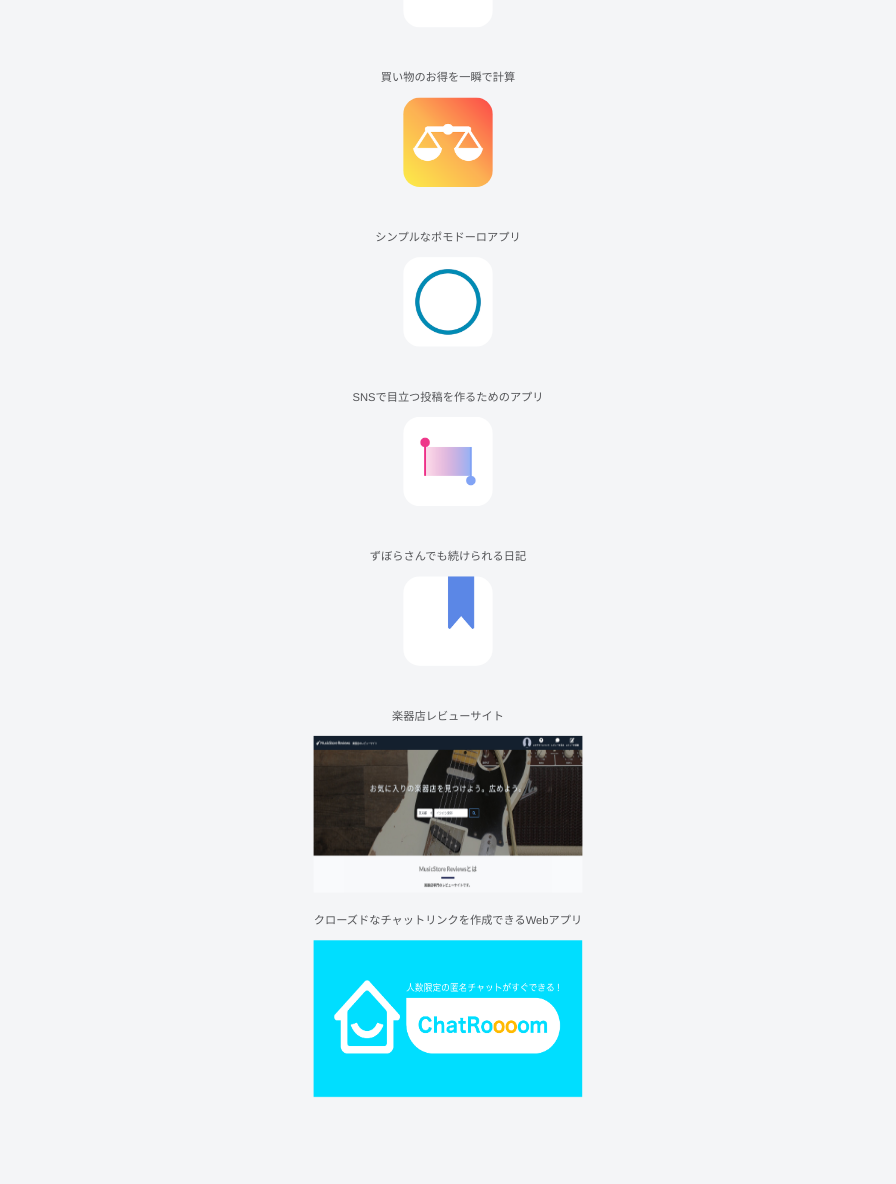
Repository: nosuke0926/my-portfolio
Page: /works
These files come from the project's save history. The page is drawn as it stood at one moment and after the next save; the edit follows.
The browser window is 1280 px wide. The pictures show the part of the page from y = 3485 to 5405 px (the page is 5177 px tall before and 5405 px after), at 70% of full size.
The project was rebuilt for these pictures with package versions that can differ from the ones it lists, and the page was loaded fresh each time. The framework's server and built-in components were replaced by stand-ins that run in the browser. Also part of the build but not shown: next.config.js.

Above is the page before, as saved 2022-10-16 14:51:49.

### pages/_app.tsx
import React from 'react'
import { AppProps } from 'next/app'
import NavTabs from '../components/Tab'
import styles from '../components/layout.module.css'
import utilStyles from '../styles/utils.module.css'
import '../styles/styles.scss'

const App = ({ Component, pageProps }: AppProps) => (
  <div className={utilStyles.backgroundColor}>
    <header className={styles.header}>
      <NavTabs />
    </header>
    <Component {...pageProps} />
  </div>
)

export default App

### pages/works.tsx
import Layout from '../components/Layout'
import utilStyles from '../styles/utils.module.css'
import styles from '../components/layout.module.css'
import TransitionsModal from '../components/modal'

const WorksView = (props: any) => (
  <Layout>
    <div className={styles.header}>
      <p>世の中を少しだけ面白く、便利にするサービスを開発しています。</p>
      <section className={utilStyles.headingMd}>
        <p>
          <TransitionsModal
            src="/images/products/subsc.png"
            alt="アプリ（さぶすく）"
            description="サブスクリプションを賢く管理するアプリ"
            appTitle="さぶすく"
            useTechnology={['Flutter', 'Firebase']}
            appDescription="サービスの無料期間終了前にプッシュ通知でお知らせします。毎月・毎年のサブスクリプションサービスにいくらお金を使っているのかもグラフで可視化します。"
            iosUrl="https://apps.apple.com/jp/app/id1506451600?mt=8"
            productHuntUrl="https://www.producthunt.com/posts/subsc?utm_source=badge-featured&utm_medium=badge&utm_souce=badge-subsc"
            productHuntPostId="349809"
            androidUrl="https://play.google.com/store/apps/details?id=com.nosuke.subscriptionManagement&pcampaignid=pcampaignidMKT-Other-global-all-co-prtnr-py-PartBadge-Mar2515-1"
            type="native"
          />
        </p>
        <p>
          <TransitionsModal
            src="/images/products/rapid.png"
            alt="アプリ（爆速Todoメモ）"
            description="起動して2秒でメモできるアプリ"
            appTitle="爆速Todoメモ"
            useTechnology={['Flutter']}
            appDescription="アプリを起動すると同時にキーボードが開きます。また記入と閲覧が同時にできるよう一画面を分割した新しいメモアプリです。"
            iosUrl="https://apps.apple.com/jp/app/id1511398926?mt=8"
            androidUrl="https://play.google.com/store/apps/details?id=com.nosuke.rapid&pcampaignid=pcampaignidMKT-Other-global-all-co-prtnr-py-PartBadge-Mar2515-1"
            type="native"
          />
        </p>
        <p>
          <TransitionsModal
            src="/images/products/yomoo.png"
            alt="アプリ（Yomoo）"
            description="ニューモフィズムな読書管理アプリ"
            appTitle="Yomoo"
            useTechnology={['Flutter']}
            appDescription="2020年~のUIデザインのトレンドであるNeumorphismを取り入れた読書管理アプリです。楽天ブックスAPI、openBDと連携してバーコード読み取りからの書籍登録が可能です。"
            iosUrl="https://apps.apple.com/jp/app/id1516860157?mt=8"
            androidUrl="https://play.google.com/store/apps/details?id=com.nosuke.yomoo&pcampaignid=pcampaignidMKT-Other-global-all-co-prtnr-py-PartBadge-Mar2515-1"
            type="native"
          />
        </p>
        <p>
          <TransitionsModal
            src="/images/products/oshiPay.png"
            alt="アプリ（推しPay）"
            description="推しへの愛を管理&シェアするアプリ"
            appTitle="推しPay"
            useTechnology={['Flutter', 'Firebase']}
            appDescription="「推し」にいくらお金を使っているのかを記録&SNSにシェアできるアプリです。"
            iosUrl="https://apps.apple.com/jp/app/id1523768983?mt=8"
            androidUrl="https://play.google.com/store/apps/details?id=com.nosuke.oshi_pay&pcampaignid=pcampaignidMKT-Other-global-all-co-prtnr-py-PartBadge-Mar2515-1"
            type="native"
          />
        </p>
        <p>
          <TransitionsModal
            src="/images/products/tubenote.png"
            alt="アプリ（TubeNote）"
            description="YouTubeを見ながらメモできるアプリ"
            appTitle="TubeNote"
            useTechnology={['Flutter', 'Firebase', 'Algolia']}
            appDescription="YouTubeを見ながらリアルタイムにメモできるアプリです。"
            iosUrl="https://apps.apple.com/jp/app/id1535634801?mt=8"
            productHuntUrl="https://www.producthunt.com/posts/tubenote?utm_source=badge-featured&utm_medium=badge&utm_souce=badge-tubenote"
            productHuntPostId="279810"
            androidUrl="https://play.google.com/store/apps/details?id=com.nosuke.movieMemo&pcampaignid=pcampaignidMKT-Other-global-all-co-prtnr-py-PartBadge-Mar2515-1"
            type="native"
          />
        </p>
        <p>
          <TransitionsModal
            src="/images/products/migru.png"
            alt="アプリ（ミグル）"
            description="簡単に頭痛を記録するアプリ"
            appTitle="ミグル"
            useTechnology={['Flutter', 'Firebase']}
            appDescription="頭痛の記録・振り返りに特化したシンプルなアプリです。"
            iosUrl="https://apps.apple.com/jp/app/id1564686045?mt=8"
            androidUrl="https://play.google.com/store/apps/details?id=com.nosuke.migraine&pcampaignid=pcampaignidMKT-Other-global-all-co-prtnr-py-PartBadge-Mar2515-1"
            type="native"
          />
        </p>
        <p>
          <TransitionsModal
            src="/images/products/marry_talk.png"
            alt="アプリ（マリートーク）"
            description="夫婦の悩みを匿名チャット"
            appTitle="マリートーク"
            useTechnology={['Flutter', 'Firebase']}
            appDescription="完全匿名&女性限定で夫婦の愚痴や悩みをチャットできるアプリです。"
            iosUrl="https://apps.apple.com/jp/app/id1578903905?mt=8"
            androidUrl="https://play.google.com/store/apps/details?id=com.nosuke.marry_talk&pcampaignid=pcampaignidMKT-Other-global-all-co-prtnr-py-PartBadge-Mar2515-1"
            type="native"
          />
        </p>
        <p>
          <TransitionsModal
            src="/images/products/accounts.png"
            alt="アプリ（アカウントフォルダ）"
            description="サービスのアカウントを一括管理するアプリ"
            appTitle="アカウントフォルダ"
            useTechnology={['Flutter']}
            appDescription="サービスのアカウント・パスワードを一括管理するアプリです。データは暗号化・端末に保存されるためセキュリティも安心です。"
            iosUrl="https://apps.apple.com/jp/app/id1606877526?mt=8"
            androidUrl="https://play.google.com/store/apps/details?id=com.nosuke.account_holder&pcampaignid=pcampaignidMKT-Other-global-all-co-prtnr-py-PartBadge-Mar2515-1"
            type="native"
          />
        </p>
        <p>
          <TransitionsModal
            src="/images/products/password_generator.png"
            alt="アプリ（パスワード生成）"
            description="パスワード生成アプリ"
            appTitle="パスワード生成"
            useTechnology={['Flutter']}
            appDescription="パスワードを生成することに特化したシンプルなアプリです。"
            iosUrl="https://apps.apple.com/jp/app/id1635128935?mt=8"
            androidUrl="https://play.google.com/store/apps/details?id=com.nosuke.password_generator&pcampaignid=pcampaignidMKT-Other-global-all-co-prtnr-py-PartBadge-Mar2515-1"
            type="native"
          />
        </p>
        <p>
          <TransitionsModal
            src="/images/products/diary.png"
            alt="アプリ（超シンプル日記）"
            description="シンプルな日記アプリ"
            appTitle="超シンプル日記"
            useTechnology={['Flutter']}
            appDescription="日記に必要な「書く」と「読む」ことに特化したシンプルなアプリです。"
            iosUrl="https://apps.apple.com/jp/app/id1635770040?mt=8"
            androidUrl="https://play.google.com/store/apps/details?id=com.nosuke.diary&pcampaignid=pcampaignidMKT-Other-global-all-co-prtnr-py-PartBadge-Mar2515-1"
            type="native"
          />
        </p>
        <p>
          <TransitionsModal
            src="/images/products/pdf_converter.png"
            alt="アプリ（PDF変換 - 写真や画像をPDFにすぐに変換）"
            description="画像をPDFに変換するアプリ"
            appTitle="PDF変換 - 写真や画像をPDFにすぐに変換"
            useTechnology={['Flutter']}
            appDescription="画像や写真をPDFに変換することができる、シンプルなアプリです。複数の画像をまとめて選択・PDFに変換できます。"
            iosUrl="https://apps.apple.com/jp/app/id1637249390?mt=8"
            androidUrl="https://play.google.com/store/apps/details?id=com.nosuke.pdf_converter&pcampaignid=pcampaignidMKT-Other-global-all-co-prtnr-py-PartBadge-Mar2515-1"
            type="native"
          />
        </p>
        <p>
          <TransitionsModal
            src="/images/products/extract_audio.png"
            alt="アプリ（音声抽出 - 動画をMP3に変換）"
            description="動画から音声抽出するアプリ"
            appTitle="音声抽出 - 動画をMP3に変換"
            useTechnology={['Flutter']}
            appDescription="動画から音声を抽出するだけのシンプルなアプリです。ワンタップでMP3に変換・ダウンロードできます。"
            iosUrl="https://apps.apple.com/jp/app/id1637563140?mt=8"
            androidUrl="https://play.google.com/store/apps/details?id=com.nosuke.extract_audio&pcampaignid=pcampaignidMKT-Other-global-all-co-prtnr-py-PartBadge-Mar2515-1"
            type="native"
          />
        </p>
        <p>
          <TransitionsModal
            src="/images/products/chekiy.png"
            alt="アプリ（Chekiy）"
            description="画像をチェキ風に加工するアプリ"
            appTitle="Chekiy"
            useTechnology={['Flutter']}
            appDescription="写真をチェキ風に加工できる、一番シンプルなアプリです。思い出の一枚を特別なものに。"
            iosUrl="https://apps.apple.com/jp/app/id1638090871?mt=8"
            androidUrl="https://play.google.com/store/apps/details?id=com.nosuke.polaroid&pcampaignid=pcampaignidMKT-Other-global-all-co-prtnr-py-PartBadge-Mar2515-1"
            type="native"
          />
        </p>
        <p>
          <TransitionsModal
            src="/images/products/timestamp.png"
            alt="アプリ（Timestamp Camera）"
            description="時間入り写真を撮影できるアプリ"
            appTitle="Timestamp Camera"
            useTechnology={['Flutter']}
            appDescription="簡単に写真に日付を入れることができるアプリです。カメラで撮影、もしくは写真フォルダから選択した画像に日付を入れられます。"
            iosUrl="https://apps.apple.com/jp/app/id1639662260?mt=8"
            androidUrl="https://play.google.com/store/apps/details?id=com.nosuke.timestamp&pcampaignid=pcampaignidMKT-Other-global-all-co-prtnr-py-PartBadge-Mar2515-1"
            type="native"
          />
        </p>
        <p>
          <TransitionsModal
            src="/images/products/white.png"
            alt="アプリ（白200色検定）"
            description="200色から白を見つける激ムズゲーム"
            appTitle="白200色検定"
            useTechnology={['Flutter']}
            appDescription="200色から白を見つける激ムズゲームがついに登場！あなたは200種類の白色を区別できますか？"
            iosUrl="https://apps.apple.com/jp/app/id1641219533?mt=8"
            androidUrl="https://play.google.com/store/apps/details?id=com.nosuke.white&pcampaignid=pcampaignidMKT-Other-global-all-co-prtnr-py-PartBadge-Mar2515-1"
            type="native"
          />
        </p>
        <p>
          <TransitionsModal
            src="/images/products/tokubuy.png"
            alt="アプリ（お得比較Pro）"
            description="買い物のお得を一瞬で計算"
            appTitle="お得比較Pro"
            useTechnology={['Flutter']}
            appDescription="お買い物時の「どっちがお得なんだろう？」を解決します。金額と量を入力するだけで、どちらがお得かをすぐに計算します。"
            iosUrl="https://apps.apple.com/jp/app/id1644566128?mt=8"
            androidUrl="https://play.google.com/store/apps/details?id=com.nosuke.tokubuy&pcampaignid=pcampaignidMKT-Other-global-all-co-prtnr-py-PartBadge-Mar2515-1"
            type="native"
          />
        </p>
        <p>
          <TransitionsModal
            src="/images/products/just_focus.png"
            alt="アプリ（JustFocus）"
            description="シンプルなポモドーロアプリ"
            appTitle="JustFocus"
            useTechnology={['Flutter']}
            appDescription="シンプルなポモドーロアプリです。"
            iosUrl="https://apps.apple.com/jp/app/id1645642989?mt=8"
            androidUrl="https://play.google.com/store/apps/details?id=com.nosuke.pomodoro&pcampaignid=pcampaignidMKT-Other-global-all-co-prtnr-py-PartBadge-Mar2515-1"
            type="native"
          />
        </p>
        <p>
          <TransitionsModal
            src="/images/products/frame_maker.png"
            alt="アプリ（囲みメモ）"
            description="SNSで目立つ投稿を作るためのアプリ"
            appTitle="囲みメモ"
            useTechnology={['Flutter']}
            appDescription="SNSでよく見かける囲い文字、強調線をコピペで呼び出せるシンプルなアプリです。"
            iosUrl="https://apps.apple.com/jp/app/id6443634371?mt=8"
            androidUrl="https://play.google.com/store/apps/details?id=com.nosuke.frame_maker&pcampaignid=pcampaignidMKT-Other-global-all-co-prtnr-py-PartBadge-Mar2515-1"
            type="native"
          />
        </p>
        <p>
          <TransitionsModal
            src="/images/products/lazy_diary.png"
            alt="アプリ（ずぼら日記）"
            description="ずぼらさんでも続けられる日記"
            appTitle="ずぼら日記"
            useTechnology={['Flutter']}
            appDescription="ずぼら日記は「続ける」ことに特化した日記アプリです。どんな日記も続けられない開発者自身の悩みを元に開発されました。"
            iosUrl="https://apps.apple.com/jp/app/id6443727421?mt=8"
            androidUrl="https://play.google.com/store/apps/details?id=com.nosuke.zubora&pcampaignid=pcampaignidMKT-Other-global-all-co-prtnr-py-PartBadge-Mar2515-1"
            type="native"
          />
        </p>
        <p>
          <TransitionsModal
            src="/images/products/music-store-reviews/cover.jpeg"
            alt="Webアプリ（MusicStore Reviews）"
            description="楽器店レビューサイト"
            appTitle="MusicStore Reviews"
            useTechnology={['Laravel', 'Vue.js', 'Python']}
            appDescription="日本初の楽器店レビューサイト。楽器店のデータはWebスクレイピングで取得しました。一部Vue.jsを使用しています。"
            webUrl="https://musicstore-reviews.com/"
            type="web"
          />
        </p>
        <p>
          <TransitionsModal
            src="/images/products/chatroooom/chatroooom.png"
            alt="Webアプリ（ChatRoooom）"
            description="クローズドなチャットリンクを作成できるWebアプリ"
            appTitle="ChatRoooom"
            useTechnology={['Vue.js', 'Nuxt.js', 'Firebase']}
            appDescription="ChatRoooomは簡単に人数限定のチャットルームを作成できるサービスです。チャット内容は24時間後に削除されるので、プライバシーも安心です。"
            webUrl="https://chatroooom.net/"
            type="web"
          />
        </p>
      </section>
    </div>
  </Layout>
)

export default WorksView

### components/Tab.tsx
import Link from 'next/link'
import React from 'react'
import { makeStyles, Theme } from '@material-ui/core/styles'
import AppBar from '@material-ui/core/AppBar'
import Tabs from '@material-ui/core/Tabs'
import Tab from '@material-ui/core/Tab'
// import Typography from '@material-ui/core/Typography'
// import Box from '@material-ui/core/Box'

// interface TabPanelProps {
//   children?: React.ReactNode
//   index: any
//   value: any
// }

// function TabPanel(props: TabPanelProps) {
//   const { children, value, index, ...other } = props

//   return (
//     <div
//       role="tabpanel"
//       hidden={value !== index}
//       id={`nav-tabpanel-${index}`}
//       aria-labelledby={`nav-tab-${index}`}
//       {...other}
//     >
//       {value === index && (
//         <Box p={3}>
//           <Typography>{children}</Typography>
//         </Box>
//       )}
//     </div>
//   )
// }

function a11yProps(index: any) {
  return {
    id: `nav-tab-${index}`,
    'aria-controls': `nav-tabpanel-${index}`,
  }
}

interface LinkTabProps {
  label?: string
  href?: string
}

function LinkTab(props: LinkTabProps) {
  return (
    <Tab
      component="a"
      onClick={(event: React.MouseEvent<HTMLAnchorElement, MouseEvent>) => {
        event.preventDefault()
      }}
      {...props}
    />
  )
}

const useStyles = makeStyles((theme: Theme) => ({
  root: {
    flexGrow: 1,
    backgroundColor: theme.palette.background.paper,
  },
}))

export default function NavTabs() {
  const classes = useStyles()
  const [value, setValue] = React.useState(0)

  const handleChange = (event: React.ChangeEvent<{}>, newValue: number) => {
    setValue(newValue)
  }

  return (
    <div className={classes.root}>
      <AppBar position="static" color="default">
        <Tabs
          TabIndicatorProps={{ style: { background: 'transparent' } }}
          textColor="primary"
          variant="fullWidth"
          value={value}
          onChange={handleChange}
          aria-label="nav tabs example"
        >
          <Link href="/">
            <LinkTab label="Home" href="/" {...a11yProps(0)} />
          </Link>
          <Link href="/works">
            <LinkTab label="Works" href="/works" {...a11yProps(1)} />
          </Link>
          <Link href="/contact">
            <LinkTab label="Contact" href="/contact" {...a11yProps(2)} />
          </Link>
        </Tabs>
      </AppBar>
      {/* <TabPanel value={value} index={0}>
        Page One
      </TabPanel>
      <TabPanel value={value} index={1}>
        Page Two
      </TabPanel>
      <TabPanel value={value} index={2}>
        Page Three
      </TabPanel> */}
    </div>
  )
}

### components/layout.module.css
.container {
  max-width: 36rem;
  padding: 0 1rem;
  margin: 3rem auto 6rem;
}

.header {
  display: flex;
  flex-direction: column;
  align-items: center;
}

.headerImage {
  width: 6rem;
  height: 6rem;
}

.headerHomeImage {
  width: 8rem;
  height: 8rem;
}

.appIconImage {
  margin: 1rem;
  width: 8rem;
  height: 8rem;
  margin: auto;
  transition: transform 0.5s;
  margin-bottom: 2rem;
}
.appIconImage:hover {
  transform: scale(1.2);
}

.webApplicationImage {
  width: 24rem;
  height: 14rem;
  align-items: center;
  transition: transform 0.5s;
}
.webApplicationImage:hover {
  transform: scale(1.1);
}

.backToHome {
  margin: 3rem 0 0;
}

.socialIcon {
  color: rgb(168, 171, 176);
  margin: 0 2rem;
  font-size: 2rem;
}

.socialIcon:hover {
  color: rgb(83, 84, 87);
}

.appDescriptionText {
  color: rgb(83, 84, 87);
  font-size: 1rem;
  text-align: center;
}

.iosButton {
  display: inline-block;
  overflow: hidden;
  background: url(https://tools.applemediaservices.com/api/badges/download-on-the-app-store/black/en-us?)
    no-repeat;
  width: 120px;
  height: 40px;
}

.androidButton {
  width: 155px;
  margin-top: 0.4rem;
}

.productHuntButton {
  /* width: 250px;
  height: 54px; */
  width: 160px;
  margin: 0.1rem;
}

.appButtonAlign {
  display: flex;
  flex-direction: row;
  align-items: center;
  flex-wrap: wrap;
}

### styles/utils.module.css
.heading2Xl {
  font-size: 1.5rem;
  line-height: 1.2;
  font-weight: 800;
  letter-spacing: -0.05rem;
  margin: 1rem 0;
}

.headingXl {
  font-size: 2rem;
  line-height: 1.3;
  font-weight: 800;
  letter-spacing: -0.05rem;
  margin: 1rem 0;
}

.headingLg {
  font-size: 1.5rem;
  line-height: 1.4;
  margin: 1rem 0;
}

.headingMd {
  font-size: 1.2rem;
  line-height: 1.5;
}

.borderCircle {
  border-radius: 9999px;
}

.borderAppIcon {
  border-radius: 1.5rem;
}

.colorInherit {
  color: inherit;
}

.padding1px {
  padding-top: 1px;
}

.list {
  list-style: none;
  padding: 0;
  margin: 0;
}

.listItem {
  margin: 0 0 1.25rem;
}

.center {
  text-align: center;
}

### styles/styles.scss
@import '~normalize.css';
body {
  background-color: #f4f5f7;
  color: rgb(83, 84, 87);
  font-family: 'Helvetica Neue', Arial, 'Hiragino Kaku Gothic ProN',
    'Hiragino Sans', Meiryo, sans-serif;
}

### components/Layout.tsx
import Head from 'next/head'
import styles from './layout.module.css'
// import utilStyles from '../styles/utils.module.css'
// import Link from 'next/link'

export const siteTitle = 'のすけのポートフォリオサイト'

export default function Layout({ children }: any) {
  const trackingId: string = process.env.ga_tracking_id!
  const description: string =
    'Webエンジニアとして活動している、Nagese Ryunosukeのポートフォリオサイトです。'
  const url: string = 'https://nosuke-portfolio.web.app/'
  const image = 'https://nosuke-portfolio.web.app/images/portfolio_ogp.png'
  return (
    <div className={styles.container}>
      <Head>
        <script
          async
          src={`https://www.googletagmanager.com/gtag/js?id=${trackingId}`}
        ></script>
        <script
          dangerouslySetInnerHTML={{
            __html: `(function(){ window.dataLayer = window.dataLayer || [];function gtag(){dataLayer.push(arguments);}gtag('js', new Date());gtag('config', '${trackingId}');})`,
          }}
        />
        <title>のすけのポートフォリオ</title>
        <meta name="description" content={description} />

        <meta property="og:title" content={siteTitle} />
        <meta property="og:description" content={description} />
        <meta property="og:type" content="blog" />
        <meta property="og:url" content={url} />
        <meta property="og:image" content={image} />
        <meta property="og:site_name" content={siteTitle} />
        <meta property="twitter:card" content="summary_large_image" />
        <meta property="twitter:site" content="@nosuke926" />
        <meta property="twitter:url" content={url} />
        <meta property="twitter:title" content={siteTitle} />
        <meta property="twitter:description" content={description} />
        <meta property="twitter:image" content={image} />
        {/* <link rel="canonical" href={url} /> */}
        {/* <link rel="apple-touch-icon" href={image} /> */}
        <meta
          name="google-site-verification"
          content="7LNV_CLMRiHwoVKdUbRlCdyJ0TIhYsWJh2PT3cJEO9w"
        />
      </Head>

      <main>{children}</main>
    </div>
  )
}

Loaded but not shown: components/modal.tsx (118 lines, source omitted)

After the next save:
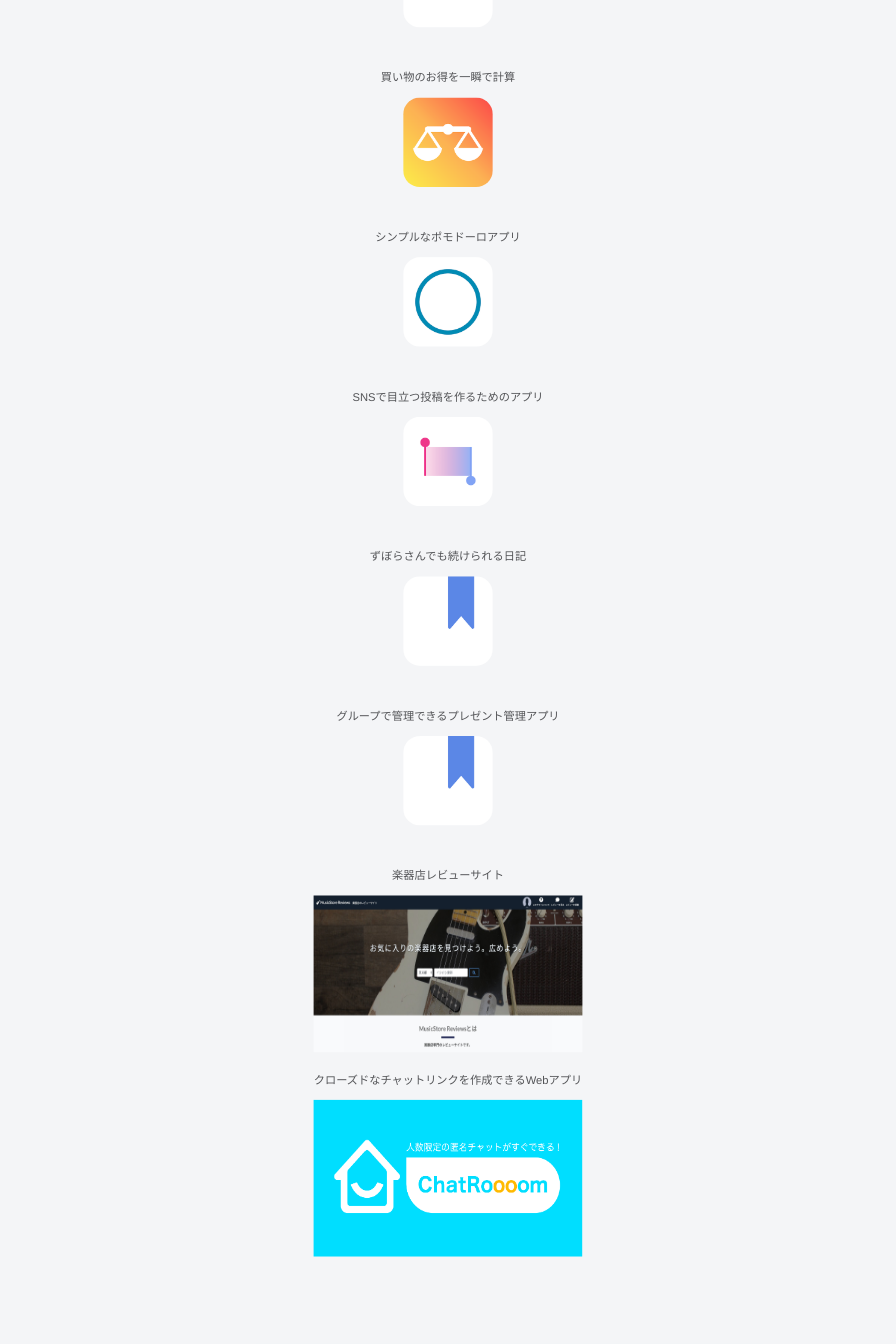
Saved 37 days later.
--- a/pages/works.tsx
+++ b/pages/works.tsx
@@ -261,6 +261,19 @@
         </p>
         <p>
           <TransitionsModal
+            src="/images/products/lazy_diary.png"
+            alt="アプリ（ギフトノート）"
+            description="グループで管理できるプレゼント管理アプリ"
+            appTitle="ギフトノート"
+            useTechnology={['Flutter']}
+            appDescription="ずぼら日記は「続ける」ことに特化した日記アプリです。どんな日記も続けられない開発者自身の悩みを元に開発されました。"
+            iosUrl="https://apps.apple.com/jp/app/id6443727421?mt=8"
+            androidUrl="https://play.google.com/store/apps/details?id=com.nosuke.zubora&pcampaignid=pcampaignidMKT-Other-global-all-co-prtnr-py-PartBadge-Mar2515-1"
+            type="native"
+          />
+        </p>
+        <p>
+          <TransitionsModal
             src="/images/products/music-store-reviews/cover.jpeg"
             alt="Webアプリ（MusicStore Reviews）"
             description="楽器店レビューサイト"
